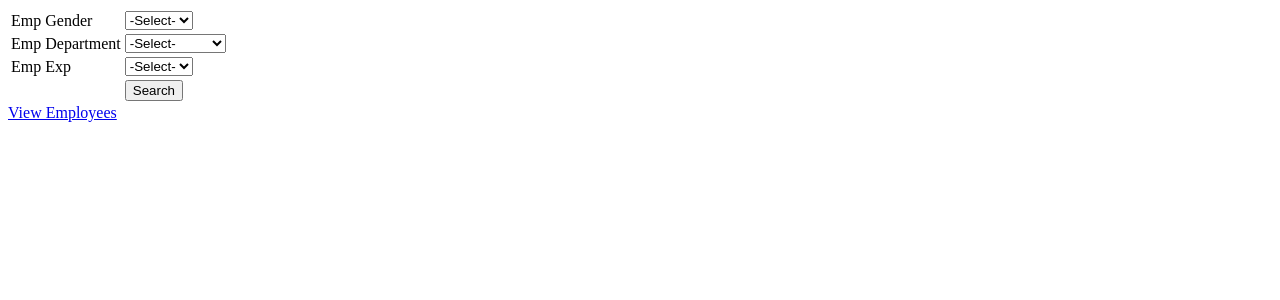
Repository: kiran1231276/book-my-show-app
Page: http://localhost/EmpProjectApp/emps.jsp
An editor plug-in stored every save of this project. The page is shown before and after the next save, followed by the edit.
The browser window is 1280 px wide. The pictures show the whole page.
The page is served by Tomcat 9. Other server files are loaded and not shown.

Above is the page before, as saved 2023-12-29 07:23:48.

### Ashok It Advanced Java/EmpProjectApp/src/main/webapp/emps.jsp
<%@ page language="java" contentType="text/html; charset=ISO-8859-1" pageEncoding="ISO-8859-1"%>
<!DOCTYPE html>
<html>
<head>
    <meta charset="ISO-8859-1">
    <title>Search Employee</title>
</head>
<body>
    <form action="Select" method="POST">
        <table>
            <tr>
                <td>Emp Gender</td>
                <td>
                    <select name="gender">
                        <option value="">-Select-</option>
                        <option value="male">Male</option>
                        <option value="female">Female</option>
                    </select>
                </td>
            </tr>
            <tr>
                <td>Emp Department</td>
                <td>
                    <select name="dept">
                        <option value="">-Select-</option>
                        <option value="development">Development</option>
                        <option value="testing">Testing</option>
                        <option value="db">Database</option>
                        <option value="ops">Operations</option>
                    </select>
                </td>
            </tr>
            <tr>
                <td>Emp Exp</td>
                <td>
                    <select name="exp">
                        <option value="">-Select-</option>
                        <option value="1">1</option>
                        <option value="2">2</option>
                        <option value="3">3</option>
                        <option value="4">4</option>
                    </select>
                </td>
            </tr>
            <tr>
                <td></td>
                <td><input type="submit" value="Search"></td>
            </tr>
        </table>
    </form>
    <a href="emps.jsp">View Employees</a>
</body>
</html>

After the next save:
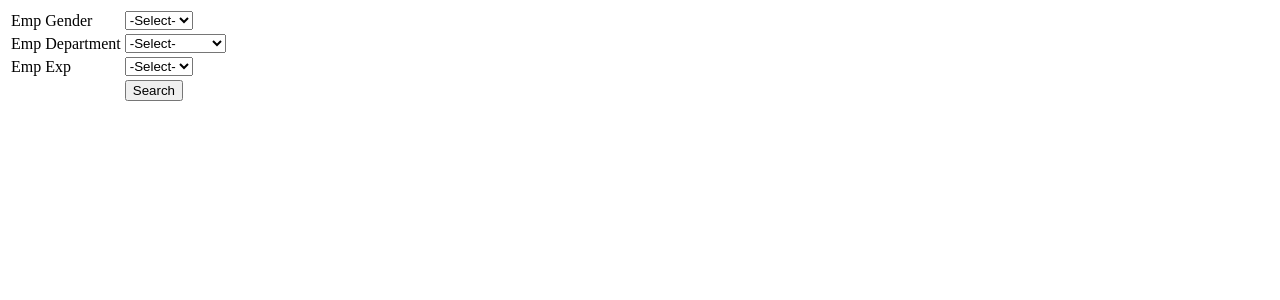
Saved 2 min 10 s later.
--- a/Ashok It Advanced Java/EmpProjectApp/src/main/webapp/emps.jsp
+++ b/Ashok It Advanced Java/EmpProjectApp/src/main/webapp/emps.jsp
@@ -48,6 +48,6 @@
             </tr>
         </table>
     </form>
-    <a href="emps.jsp">View Employees</a>
+
 </body>
 </html>
